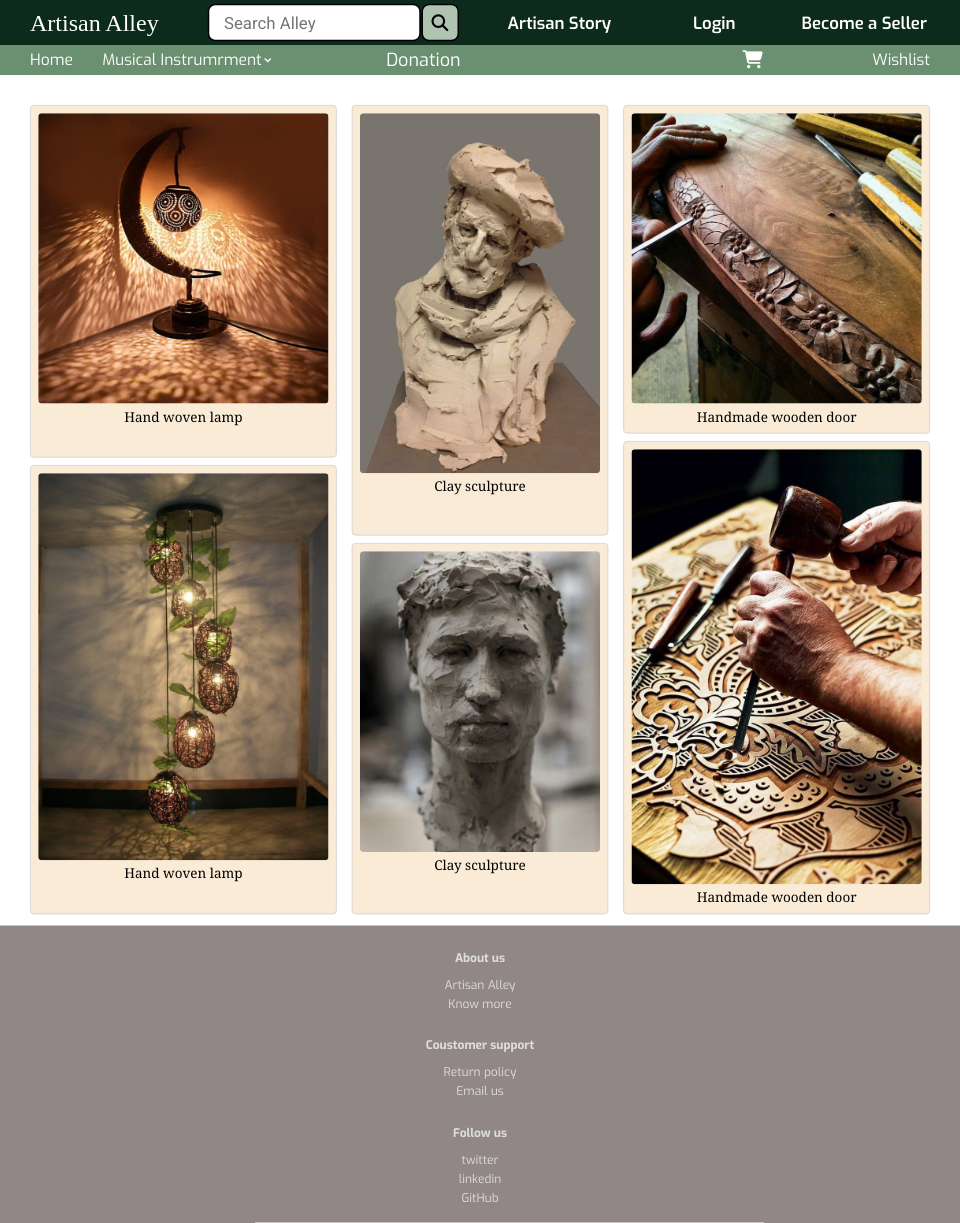
Repository: RingkhangBTY/Bytehacks_Hackathon_Project
Page: index.html
The author's editor kept a copy of each file at every save. The page is drawn from the files as they stood at one save, then again after a run of saves.
The browser window is 1280 px wide. The pictures show the whole page, at 75% of full size.
Some web fonts or font styles are not loaded; a fallback is used.

Above is the page before, as saved 2024-11-27 04:53:36.

### index.html
<!DOCTYPE html>
<html lang="en">
  <head>
    <meta charset="UTF-8" />
    <meta name="viewport" content="width=device-width, initial-scale=1.0" />
    <link rel="stylesheet" href="style.css" />
    <link
      rel="stylesheet"
      href="https://cdnjs.cloudflare.com/ajax/libs/font-awesome/6.7.1/css/all.min.css"
      integrity="sha512-5Hs3dF2AEPkpNAR7UiOHba+lRSJNeM2ECkwxUIxC1Q/FLycGTbNapWXB4tP889k5T5Ju8fs4b1P5z/iB4nMfSQ=="
      crossorigin="anonymous"
      referrerpolicy="no-referrer"
    />
    <title>Artisan Alley</title>
  </head>
  <body>
    <header>
      <div class="split-div">
        <div class="half half-top">
          <a href="index.html" class="logo">Artisan Alley</a>

          <div class="searchdiv">
            <input
              type="text"
              placeholder="Search Alley"
              class="searchbar"
              id=""
            />

            <div class="search-icon">
              <button class="alley-search">
                <i class="fa-solid fa-magnifying-glass"></i>
              </button>
            </div>
          </div>

          <div class="artisan-story">
            <a href="artisan-story.html" class="story" id="">Artisan Story</a>
          </div>

          <div class="login-and-seller">
            <a href="login/login.html" class="account-login login" id="">Login</a>
            <a href="" class="seller-login login" id="">Become a Seller</a>
          </div>
        </div>

        <div class="half half-bottom">
          <div class="home-and-categories nav2">
            <a href="index.html" class="home">Home</a>

            <label for="categories"></label>
            <select id="categories" class="categories">
              <option value="" disabled selected>Categories</option>
              <option value="" selected>Painting</option>
              <option value="" selected>Sculpture</option>
              <option value="" selected>Drawing</option>
              <option value="" selected>Handcraft</option>
              <option value="" selected>Musical Instrumrment</option>
            </select>
          </div>

          <div class="donation-container nav2">
            <a class="donation" href="donation.html">Donation</a>
          </div>

          <div class="cart-wishlist nav2">
            <a href="https://www.flipkart.com/" class="cart" id=""
              ><i class="fa-solid fa-cart-shopping"></i
            ></a>

            <button class="wishlist" id="">Wishlist</button>
          </div>
        </div>
      </div>
    </header>

    <main>
      <div class="products">
        <div class="left-container">
          <div class="grid-layout">
              <div class="grid-item">
                <img src="image/Hand woven lamp1.jpg" alt="">
                <p>Hand woven lamp</p>
              </div>
              <div class="grid-item">
                <img src="image/Hand woven lamp2.jpg" alt="">
                <p>Hand woven lamp</p>
              </div>
          </div>
        </div>
        <div class="middle-container">
          <div class="grid-layout">
              <div class="grid-item">
                <img src="image/Clay sculpture1.jpg" alt="">
                <p>Clay sculpture</p>
              </div>
              <div class="grid-item">
                <img src="image/Clay sculpture2.jpg" alt="">
                <p>Clay sculpture</p>
              </div>
          </div>
        </div>
        <div class="right-container">
          <div class="grid-layout">
              <div class="grid-item">
                <img src="image/Handmade wooden door design1.jpg" alt="image">
                <p>Handmade wooden door</p>
              </div>
              <div class="grid-item">
                <img src="image/Handmade wooden door design2.jpg" alt="image">
                <p>Handmade wooden door</p>
              </div>
          </div>
        </div>
      </div>
    </main>

    <footer>
        <div class="footer-container">
          <div class="imfo-container">
            <h6>About us</h6>
            <p>Artisan Alley</p>
            <p>Know more</p>
          </div>

          <div class="imfo-container">
            <h6>Coustomer support</h6>
            <p>Return policy</p>
            <a href="mailto:ringkhangb913@gmail.com">Email us</a>
          </div>

          <div class="imfo-container">
            <h6>Follow us</h6>
            <a href="https://x.com/Ringkha68574745" target="_blank">twitter</a>
            <a href="https://www.linkedin.com/in/ringkhang-basumatary-2840b725b/" target="_blank">linkedin</a>
            <a href="https://github.com/RingkhangBTY/Bytehacks_Hackathon_Project" target="_blank">GitHub</a>
          </div>
        </div>
    </footer>

  </body>
</html>

### style.css
@import url("https://fonts.googleapis.com/css2?family=Roboto:ital,wght@0,100;0,300;0,400;0,500;0,700;0,900;1,100;1,300;1,400;1,500;1,700;1,900&display=swap");
@import url("https://fonts.googleapis.com/css2?family=Edu+AU+VIC+WA+NT+Pre:wght@400..700&display=swap");
@import url("https://fonts.googleapis.com/css2?family=Exo:ital,wght@0,100..900;1,100..900&display=swap");

* {
  margin: 0;
  padding: 0;
  box-sizing: border-box;
  font-family: Exo;
}

body {
  header {
    .split-div {
      width: 100%;
      height: 30%;

      .half {
        width: 100%;
      }

      .half-top {
        background-color: #0d2b1d;
        height: 70%;
        display: flex;
        justify-content: space-between;
        align-items: center;

        .logo {
          text-decoration: none;
          color: white;
          font-size: 2rem;
          font-family: Edu AU VIC WA NT Pre, cursive;
          font-weight: 500;
          margin-left: 40px;
        }

        .searchdiv {
          display: flex;

          .searchbar {
            height: 50px;
            width: 100%;
            border: black 2px solid;
            outline: none;
            border-radius: 10px;
            padding-left: 20px;
            font-size: 1.4rem;
            font-family: Roboto;
          }

          .alley-search {
            display: flex;
            justify-content: center;
            align-items: center;
            width: 50px;
            height: 50px;
            background-color: #aec3b0;
            border: 2px black solid;
            margin-left: 1px;
            border-radius: 10px;
            cursor: pointer;

            i {
              color: black;
              font-size: 1.4rem;
            }
          }
        }

        .artisan-story .story{
          color: white;
          font-size: 1.4rem;
          text-decoration: none;
          font-family: Exo;
          font-weight: 600;
        }

        .login-and-seller {
          height: 60px;
          width: 400px;
          display: flex;
          justify-content: space-around;
          align-items: center;
        }

        .login-and-seller .login {
          color: white;
          font-size: 1.4rem;
          text-decoration: none;
          font-family: Exo;
          font-weight: 600;
        }
      }

      .half-bottom {
        background-color: #6b8f71;
        height: 30%;
        display: flex;
        justify-content: space-between;
        align-items: center;

        .nav2 {
          height: 40px;
          width: 250px;
          display: flex;
          justify-content: space-between;
          align-items: center;
          margin-left: 40px;
          margin-right: 40px;

          .home {
            text-decoration: none;
            color: white;
            margin-right: 10%;
            font-size: 1.3rem;
          }

          .categories {
            height: 100%;
            padding-left: 10px;
            text-align: center;
            border: none;
            background: transparent;
            border-radius: 5px;
            outline: none;
            font-size: 1.3rem;
            color: #fdfdfd;
            cursor: pointer;
          }
          .categories option[selected]{
            margin-left: 20px;
            background-color: #e6f7ff;
            color: #2a2828;
          }

          .donation{
            display: block;
            text-decoration: none;
            font-size: 1.5rem;
            color: white;
          }

          .cart {
            text-decoration: none;
            font-size: 1.5rem;
            color: white;
          }

          .wishlist {
            height: 100%;
            border-radius: 5px;
            background: transparent;
            border: none;
            outline: none;
            font-size: 1.3rem;
            color: white;
          }
        }
      }
    }
  }
}

.products{
  display: flex;
  gap: 10px;
  margin: 10px;
}

.left-container,.middle-container,.right-container{
  display: flex;
  border-radius: 5px;
  padding: 5px;
  padding-top: 30px;
}
.left-container{
  padding-left: 30px;
}
.right-container{
  padding-right: 30px;
}
.grid-layout{
  display: grid;
  grid-template-rows: auto ;
  gap: 10px;
}
.grid-item{
  background-color: antiquewhite;
  border: 1px solid #ccc;
  width: 100%;
  border-radius: 5px;
  text-align: center;
  padding: 10px;
  padding-bottom: 10px;
}
.grid-item img{
  width: 100%;
  height: auto;
  border-radius: 5px;
}
.grid-item p{
  font-size: large;
  font-family: Cambria, Cochin, Georgia, Times, 'Times New Roman', serif;
}

footer{
  background-color: #928787;
  color: #fff;
  padding: 20px 40px;
  text-align: center;
}

.footer-container{
  display: flex;
    flex-direction: column; /* Arrange sections vertically */
    align-items: center; /* Center-align all content */
    gap: 20px;
}

.imfo-contaner{
  display: flex;
  align-items: center;
  gap: 20px;
  max-width: 1200px;
  margin: 0 auto;
  padding-left: 20%;
  padding-right: 20%;
}

.imfo-container h6{
  display: flex;
  flex-direction: column;
  font-size: 1rem;
  line-height: 1.6rem;
  display: flex;
  flex-direction: column;
  align-items: center;
  color: #ddd;
  margin: 10px auto;
}
.imfo-container  p, .imfo-container a{
  font-size: 1rem;
  line-height: 1.6rem;
  color: #ddd;
  text-decoration: none;
  display: block;
}

After the next 2 saves:
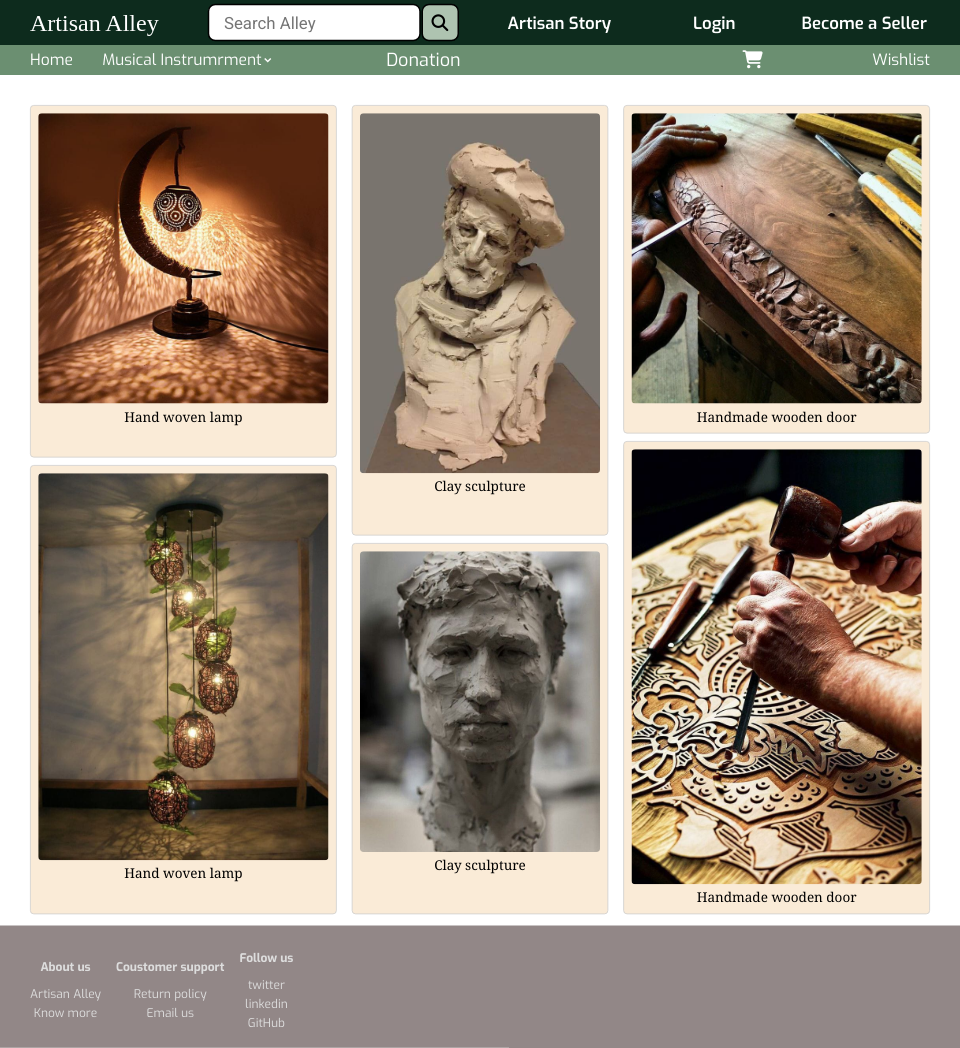
The 2 saves are shown as one change because they came seconds apart.
The last was saved 6 s later.
--- a/style.css
+++ b/style.css
@@ -213,8 +213,7 @@
 
 .footer-container{
   display: flex;
-    flex-direction: column; /* Arrange sections vertically */
-    align-items: center; /* Center-align all content */
+    align-items: center;
     gap: 20px;
 }
 

After the save that followed:
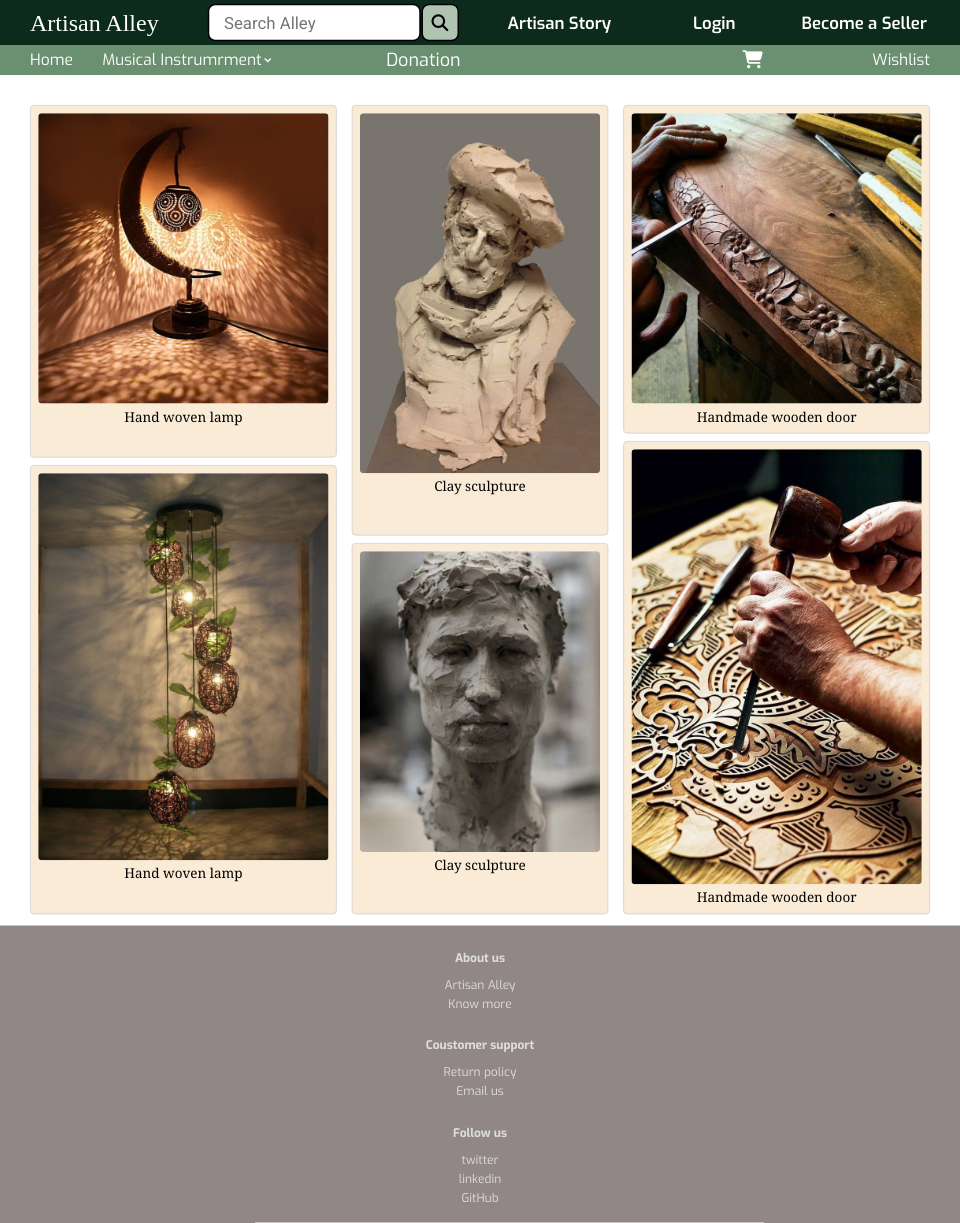
Saved 4 s later.
--- a/style.css
+++ b/style.css
@@ -213,6 +213,7 @@
 
 .footer-container{
   display: flex;
+    flex-direction: column;
     align-items: center;
     gap: 20px;
 }
